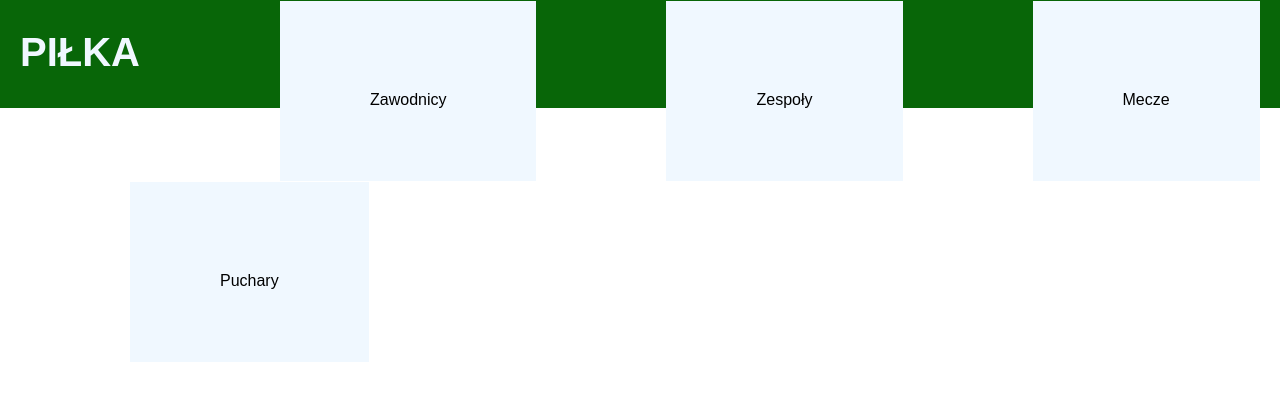
Repository: ZABA78/PAZW
Page: index.html
These files come from the project's save history. The page is drawn as it stood at one moment and after the next save; the edit follows.
The browser window is 1280 px wide. The pictures show the whole page.
Some web fonts or font styles are not loaded; a fallback is used.

Above is the page before, as saved 2023-10-17 14:08:39.

### index.html
<!DOCTYPE html>
<html lang="en">
<head>
    <meta charset="UTF-8">
    <meta http-equiv="X-UA-Compatible" content="IE=edge">
    <meta name="viewport" content="width=device-width, initial-scale=1.0">
    <link rel="stylesheet" href="style.css">
    <title>Piłka</title>
    <style>
        @import url('https://fonts.googleapis.com/css2?family=Tilt+Neon&display=swap');
        </style>
</head>
<body>
    <header>
        <!--<img src="pilka.png" alt="logo" class = "logo">--><h1>PIŁKA</h1>
        <nav>
            <a href="">Zawodnicy</a>
            <a href="">Zespoły</a>
            <a href="">Mecze</a>
            <a href="">Puchary</a>
        </nav>
    </header>
</body>
</html>

### style.css
*
{
    font-family: 'Tilt Neon', sans-serif;
    margin:0;
    padding: 0;
    box-sizing: border-box;

}
.logo
{
    height: 100vh;

}
h1
{
    padding: 10px;
    font-size: 40px;
    float: left;
    margin-left: 10px;
    margin-top: 20px;
}
header
{
    background-color: rgb(8, 102, 8);
    height: 15vh;
    color: aliceblue;
}
a
{
padding: 90px;
text-align: center;
margin-top: 1px;
float: left;
margin-left: 130px;
text-decoration: none;
color: black;
background-color: aliceblue;
height: 10px;
}
a:hover
{
    background-color: white;
}

After the next save:
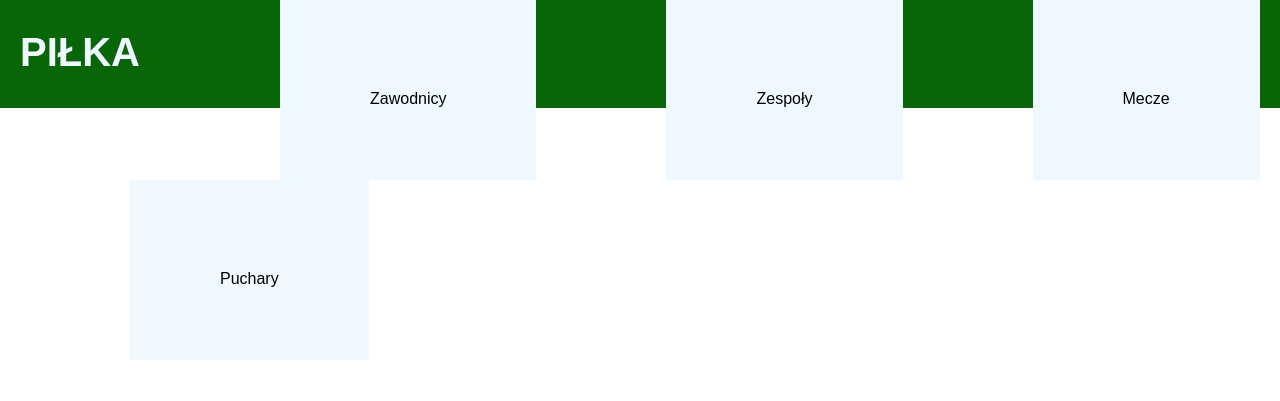
Saved 11 s later.
--- a/style.css
+++ b/style.css
@@ -29,7 +29,7 @@ a
 {
 padding: 90px;
 text-align: center;
-margin-top: 1px;
+
 float: left;
 margin-left: 130px;
 text-decoration: none;
